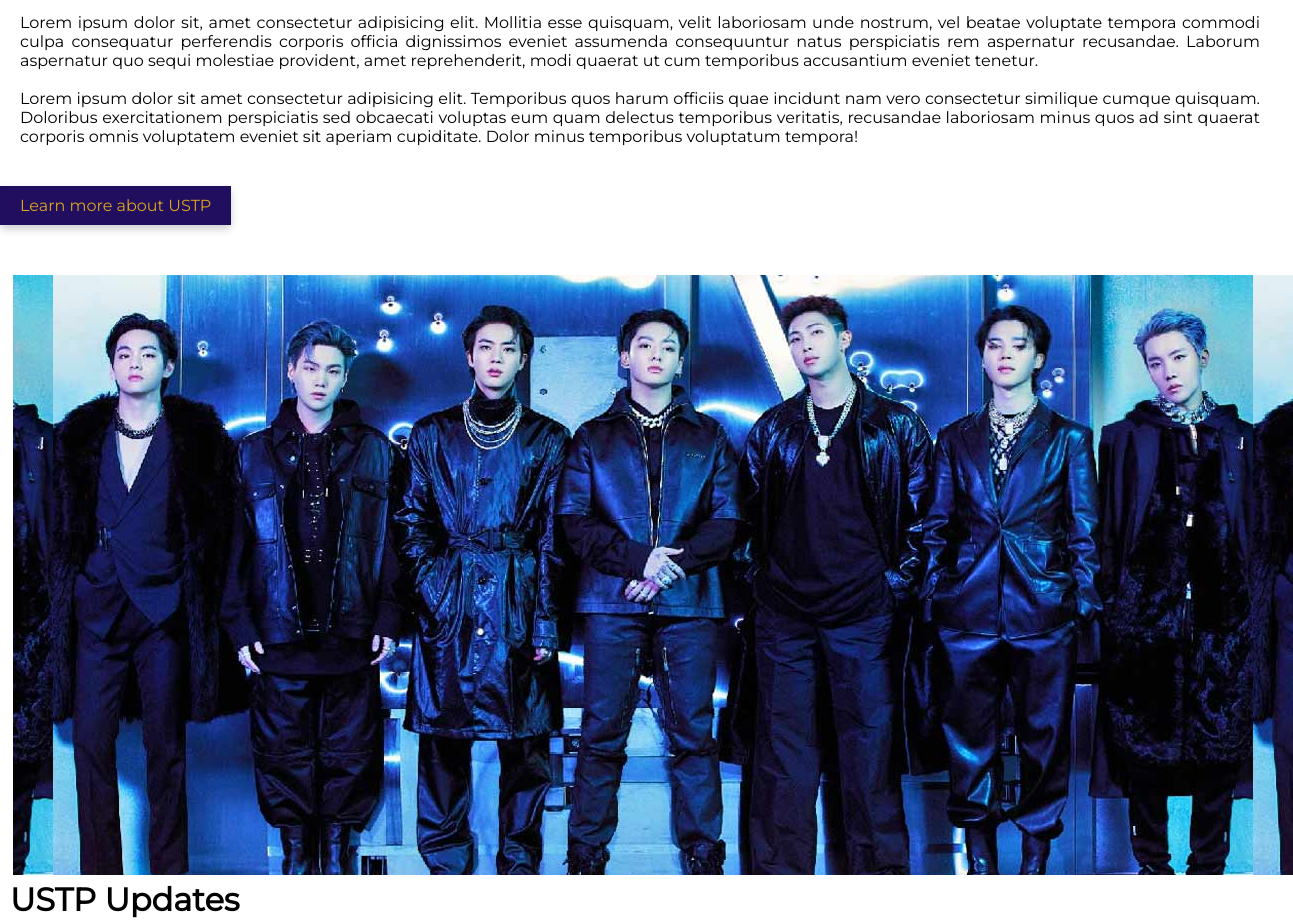
Repository: Joy5345/Colis-MidTerm_PIT
Page: index.html
An editor plug-in stored every save of this project. The page is shown before and after the next save, followed by the edit.
The browser window is 1280 px wide. The page is 1293 px wide, so the pictures cover 1293 px, including what lies to the right of the window. The pictures show the part of the page from y = 678 to 1602 px (the page is 1602 px tall).

Above is the page before, as saved 2023-07-29 19:09:40.

After the next save:
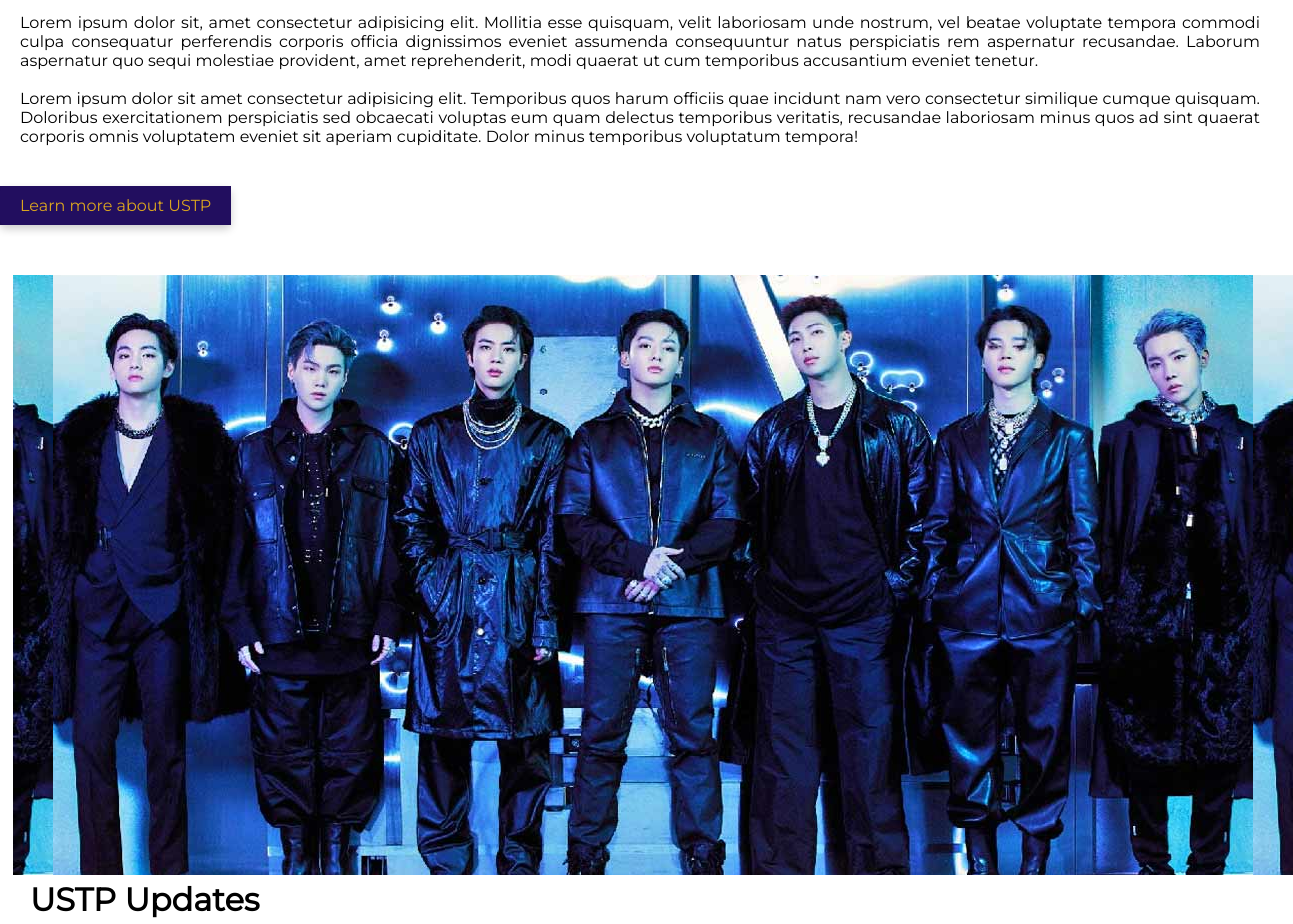
Saved 9 s later.
--- a/css/style.css
+++ b/css/style.css
@@ -199,5 +199,5 @@
 
 h1{
     padding: 5px;
-    padding-left: 10px;
-}
+    padding-left: 30px;
+}
